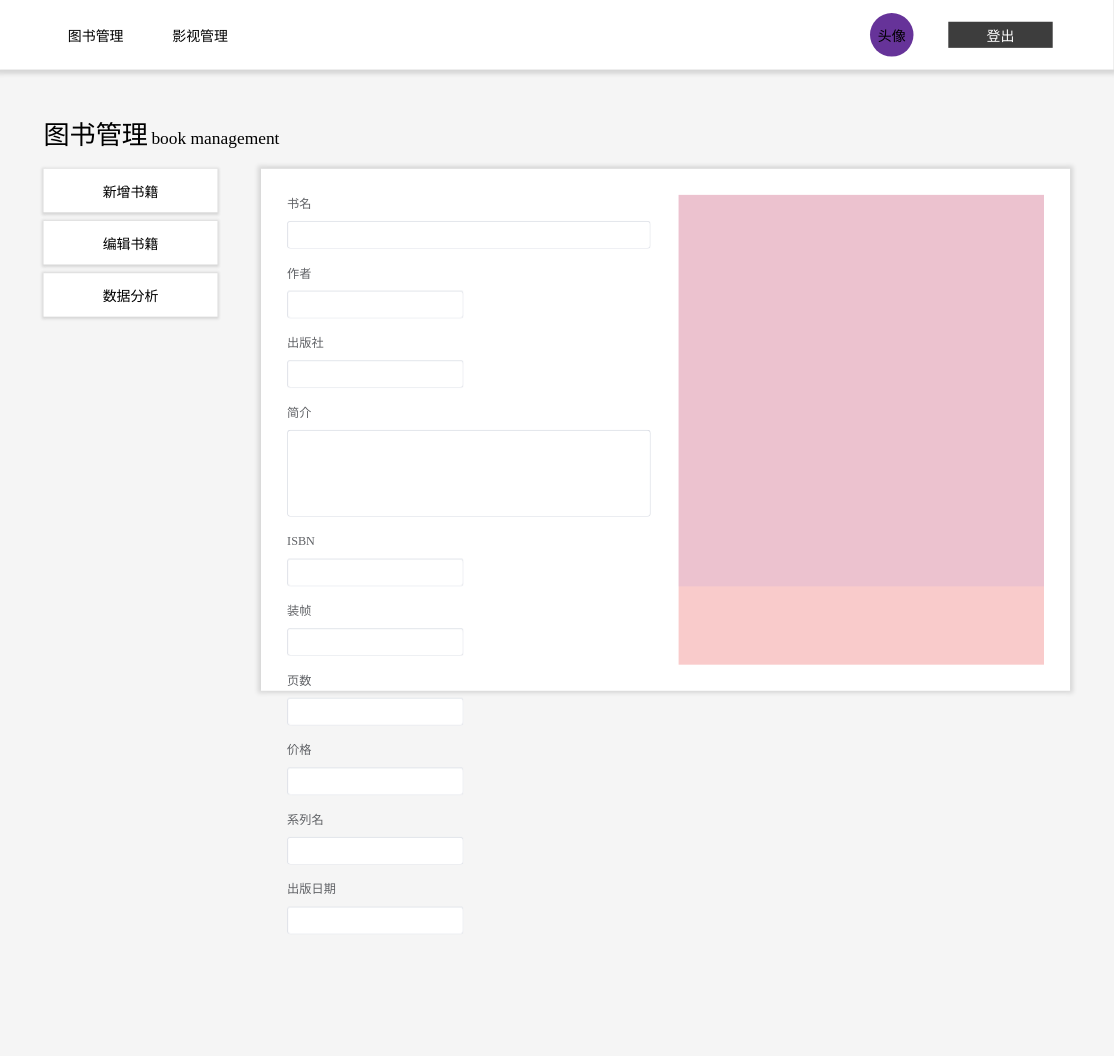
Repository: quanwangniuniu/Oasis-Reading-Platform
Page: /#/admin/books (app in Vue-frontend/)
An editor plug-in stored every save of this project. The page is shown before and after the next save, followed by the edit.
The browser window is 1280 px wide. The pictures show the whole page, at 87% of full size.
Some web fonts or font styles are not loaded; a fallback is used. The project was rebuilt for these pictures with package versions that can differ from the ones it lists, and the page was loaded fresh each time. Also part of the build but not shown: Vue-frontend/vite.config.js, Vue-frontend/src/components/Test.vue, Vue-frontend/src/components/user/books/BookCard.vue, Vue-frontend/src/components/axios/config.js, Vue-frontend/src/components/axios/api.js, Vue-frontend/src/components/user/books/Books.vue, Vue-frontend/src/components/user/movies/Favourites.vue, Vue-frontend/src/components/user/explore/Explore.vue and 10 more.

Above is the page before, as saved 2023-04-13 16:51:00.

### Vue-frontend/index.html
<!DOCTYPE html>
<html lang="en">
  <head>
    <meta charset="UTF-8">
    <meta name="viewport" content="width=device-width, initial-scale=1.0">
    <title>Vite App</title>
    <style>
      *{
        padding: 0px;
        margin: 0px;
      }

      body{
        background-color: rgb(245, 245, 245);
      }
    </style>
  </head>
  <body>
    <div id="app"></div>
    <script type="module" src="/src/main.js"></script>
  </body>
</html>

### Vue-frontend/src/main.js
import { createApp } from 'vue'
import ElementPlus from 'element-plus'
import 'element-plus/dist/index.css'
import App from './App.vue'
import router from './components/router/router'
import * as ElementPlusIconsVue from '@element-plus/icons-vue'
import './assets/font/font.css'
import './assets/css/element.css'

const app = createApp(App)
app.use(router)
app.use(ElementPlus)
app.mount('#app')
for (const [key, component] of Object.entries(ElementPlusIconsVue)) {
    app.component(key, component)
  }

### Vue-frontend/src/App.vue
<script setup>
import Test from './components/Test.vue';
</script>

<template>
  <div>
    <router-view></router-view>
  </div>
</template>

<style scoped>
</style>

### Vue-frontend/src/components/router/router.js
import {createRouter, createWebHashHistory} from 'vue-router'
import Books from '../user/books/Books.vue'
import Movies from '../user/movies/Favourites.vue'
import Explore from '../user/explore/Explore.vue'
import Login from '../user/login/Login.vue'
import SpecificBook from '../user/books/SpecificBook.vue'
import User from '../User.vue'
import Admin from '../Admin.vue'
import UserInfo from '../user/info/UserInfo.vue'
import BookSearch from '../user/books/BookSearch.vue'
import Transit from '../user/books/Transit.vue'
import BookManagement from '../admin/bookManagement/BookManagement.vue'
import MovieManagement from '../admin/movieManagement/MovieManagement.vue'

import {checkUser} from './utils.js'

const router = createRouter({
    history: createWebHashHistory(),
    routes:[
        {path:'/user', component: User, alias:['/'], children:[
            {path:'books', component: Books},
            {path:'search',name:'search', component: BookSearch},
            {path:'transit',name:'transit', component: Transit},
            {path:'books/:id', component: SpecificBook,beforeEnter: checkUser},
            {path:'movies', component: Movies},
            {path:'explore', component: Explore},
            {path:'login', component: Login},
            {path:'info', component: UserInfo, beforeEnter: checkUser},
        ]},
        {path:'/admin', component: Admin,children:[
            {path:'books', component: BookManagement},
            {path:'movies', component: MovieManagement}
        ]}
    ]
})

export default router

### Vue-frontend/src/assets/font/font.css

  @font-face {
    font-family: siyuansongti;
    src: url(./Source_Han_Serif_SC_Light_Light.otf);
    font-weight: normal;
    font-style: normal;
  }

### Vue-frontend/src/assets/css/element.css
.el-textarea__inner{
    resize: none;
    height: 100px;
}

### Vue-frontend/src/components/Admin.vue
<script setup>
import BookManagementVue from './admin/bookManagement/BookManagement.vue';
import AdminHeader from './admin/header/AdminHeader.vue';
</script>

<template>
    <AdminHeader></AdminHeader>
    <router-view></router-view>
</template>

<style scoped>
</style>

### Vue-frontend/src/components/admin/bookManagement/BookManagement.vue
<script setup>
import LeftBar from './LeftBar.vue';
import {ref} from 'vue'


const bookItem = ref({
  title: '',
  author: '',
  publisher: '',
  ISBN: '',
  description: '',
  publish_year: '',
  page:'',
  binding: '',
  price:'',
  seriers:' '
})


</script>

<template>
  <div class="top-container">
    <div class="title">
      <span>图书管理</span>&nbsp;<span>book management</span>
    </div>
  </div>
  <div class="container">
      <LeftBar></LeftBar>
      <div class="panel">
        <div class="book-form">
          <el-form
            label-position="top"
            label-width="100px"
            :model="formLabelAlign"
            style="max-width: 460px"
            :inline="true"
          >
            <el-form-item label="书名" style="width:420px">
              <el-input v-model="bookItem.title" />
            </el-form-item>
            <el-form-item label="作者">
              <el-input v-model="bookItem.author" />
            </el-form-item>
            <el-form-item label="出版社">
              <el-input v-model="bookItem.publisher" />
            </el-form-item>
            <el-form-item label="简介" style="width:420px">
                <el-input v-model="bookItem.description" type="textarea"/>
            </el-form-item>
            <el-form-item label="ISBN">
              <el-input v-model="bookItem.ISBN" />
            </el-form-item>
            <el-form-item label="装帧">
              <el-input v-model="bookItem.binding" />
            </el-form-item>
            <el-form-item label="页数">
              <el-input v-model="bookItem.page" />
            </el-form-item>
            <el-form-item label="价格">
              <el-input v-model="bookItem.price" />
            </el-form-item>
            <el-form-item label="系列名">
              <el-input v-model="bookItem.price" />
            </el-form-item>
            <el-form-item label="出版日期">
              <el-input v-model="bookItem.price" />
            </el-form-item>
          </el-form>
        </div>

        <div class="img-upload-and-submit">
          <div class="img-container">
            <div class="img">

            </div>
          </div>
          <div class="submit">

          </div>
        </div>
      </div>
  </div>

</template>

<style scoped>
.top-container{
  margin: 50px 50px 0px 50px;
  display: flex;
  justify-content: space-between;
}

.title{
  width: 400px;
  font-family: siyuansongti;
}
.container{
  display: flex;
  margin: 20px 50px 0px 50px
}

.title span:nth-child(1){
  font-size: 30px;
}
.title span:nth-child(2){
  font-size: 20px;
}

.panel{
  box-sizing: border-box;
  flex: 1;
  height: 600px;
  background-color: white;
  box-shadow: 0 0 5px 3px rgb(214, 214, 214);
  padding: 30px;
  display: flex;
}

.book-form{
  width: 450px;
}

.img-upload-and-submit{
  flex: 1;
  background-color: rgb(249, 203, 203);
}

.img-container{
  width: 100%;
  height: 450px;
  background-color: rgb(120, 120, 241, 0.1);
}

.book-img{
  height: 400px;
  width: 250px;
  background-color: green;
}

.submit{
  height: 100%;
  width: 100%;
}
</style>

### Vue-frontend/src/components/router/utils.js
export const checkUser = (from, to, next) => {
    if(localStorage.getItem('token') === null){
        next('/login')
    }else{
        next()
    }
}

### Vue-frontend/src/components/admin/header/AdminHeader.vue
<script setup>

let logout = () =>{
    localStorage.clear('token')
    localStorage.clear('type')
}

</script>

<template>
    <div>
        <div class="container">
            <div class="left">
                <div class="nav"><router-link to="/admin/books">图书管理</router-link></div>
                <div class="nav"><router-link to="/admin/movies">影视管理</router-link></div>
            </div>

            <div class="right">
                <div class="nav avata"><router-link to="/info">头像</router-link></div>
                <div class="nav login"><router-link to="/explore" @click="logout">登出</router-link></div>
            </div>

        </div>
    </div>

</template>

<style scoped>
.container{
    height: 80px;
    background-color: white;
    /* 边框模糊效果 */
    box-shadow: 0 0 5px 5px rgb(214, 214, 214);
    /* 开启flex布局 */
    display: flex;
    /* 设置元素靠右排列 */
    justify-content: space-between;
    /* 设置元素垂直居中 */
    align-items: center;
}

.left{
    display: flex;
    /* 设置元素垂直居中 */
    align-items: center;
    padding-left: 50px;
}

.right{
    display: flex;
    /* 设置元素垂直居中 */
    align-items: center;
    padding-right: 50px;
}

.nav{
    width: 80px;
    height: 30px;
    margin-left: 20px;
    margin-right: 20px;
    /* 设置nav内部a标签水平居中 */
    text-align: center;
    /* 开启flex局部 */
    display: flex;
    /* 设置nav内部a标签垂直居中 */
    align-items: center;
}

.nav a{
    width: 80px;
    /* 清除a标签默认样式 */
    text-decoration: none;
    color: black;

}

.login{
    width: 120px;
    background-color: rgb(61, 61, 61);
}

.login a{
    width: 1200px;
    color: white;
}

.avata{
    width: 50px;
    height: 50px;
    border-radius: 50%;
    background-color: rebeccapurple;
}


</style>

### Vue-frontend/src/components/admin/bookManagement/LeftBar.vue
<script setup>

</script>

<template>
    <div class="leftbar-container">
        <div class="card">
            新增书籍
        </div>
        <div class="card">
            编辑书籍
        </div>
        <div class="card">
            数据分析
        </div>
    </div>

</template>

<style scoped>
.leftbar-container{
    width: 250px;
    height: 600px;
}

.card{
    width: 200px;
    height: 50px;
    background: white;
    /* 设置卡片阴影 */
    box-shadow: 0px 1px 3px 2px rgb(214, 214, 214);
    /* 开启flex布局 文字水平垂直居中 */
    display: flex;
    justify-content: center;
    align-items:center;
    margin-bottom: 10px;
}

.card:hover{
    transform:scale(1.1);
}
</style>

After the next save:
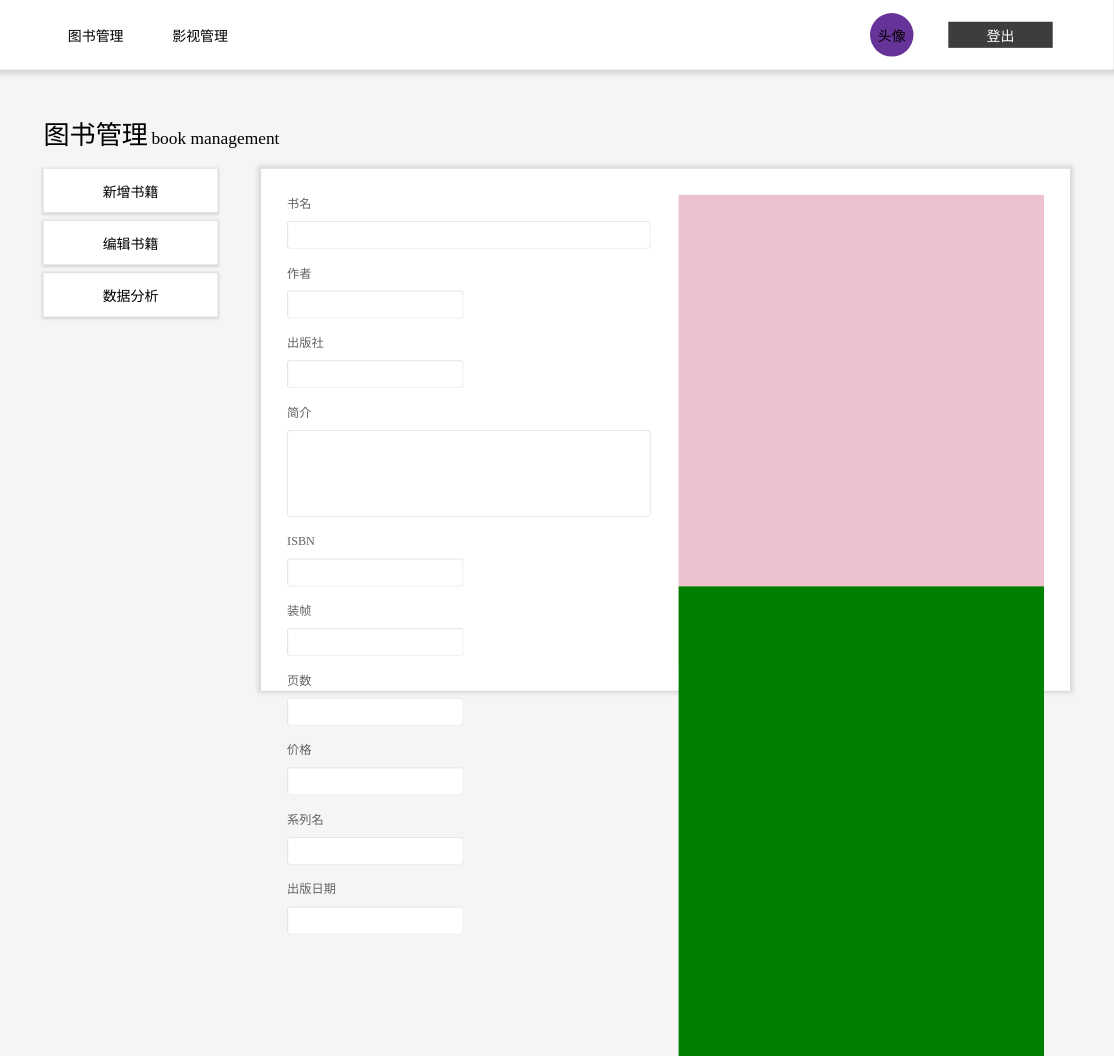
Saved 9 s later.
--- a/Vue-frontend/src/components/admin/bookManagement/BookManagement.vue
+++ b/Vue-frontend/src/components/admin/bookManagement/BookManagement.vue
@@ -141,5 +141,6 @@ const bookItem = ref({
 .submit{
   height: 100%;
   width: 100%;
+  background-color: green;
 }
 </style>
